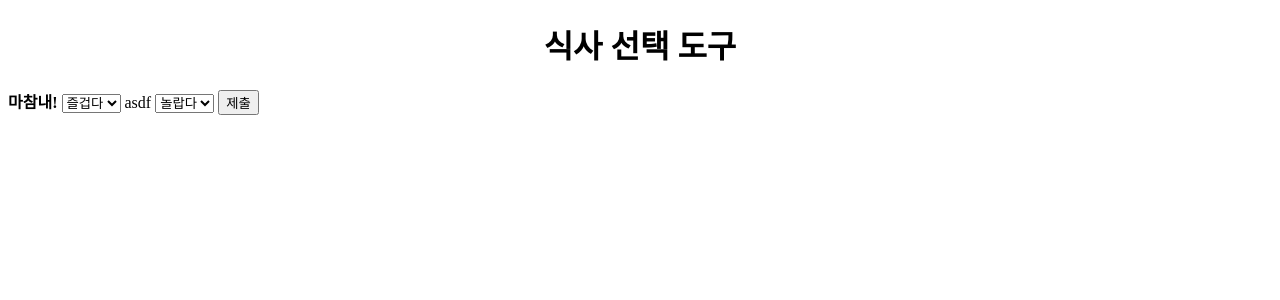
Repository: kimgh06/JavaWeb
Page: http://localhost/what/
An editor plug-in stored every save of this project. The page is shown before and after the next save, followed by the edit.
The browser window is 1280 px wide. The pictures show the whole page.
The page is served by Tomcat 9. Other server files are loaded and not shown.

Above is the page before, as saved 2022-11-03 02:25:00.

### what/src/main/webapp/index.jsp
<%@ page language="java" contentType="text/html; charset=EUC-KR"
    pageEncoding="EUC-KR"%>
<!DOCTYPE html>
<html>
<head>
<meta charset="EUC-KR">
<title>식사 선택 도구</title>
<link href ="./main.css" rel = "stylesheet" type = "text/css">
</head>
<body>
	<div id="main">
	<h1>식사 선택 도구</h1>
		<b>마참내!</b>
		<select>
			<option>즐겁다</option>
			<option>화난다</option>
			<option>기쁘다</option>
		</select>
		<label>asdf</label>
		<select>
			<option>놀랍다</option>
		</select>
		<button>제출</button>
	</div>
</body>
</html>

### what/src/main/webapp/main.css
@CHARSET "UTF-8";

#main{
	text-align: center;
	display: inline;
}

After the next save:
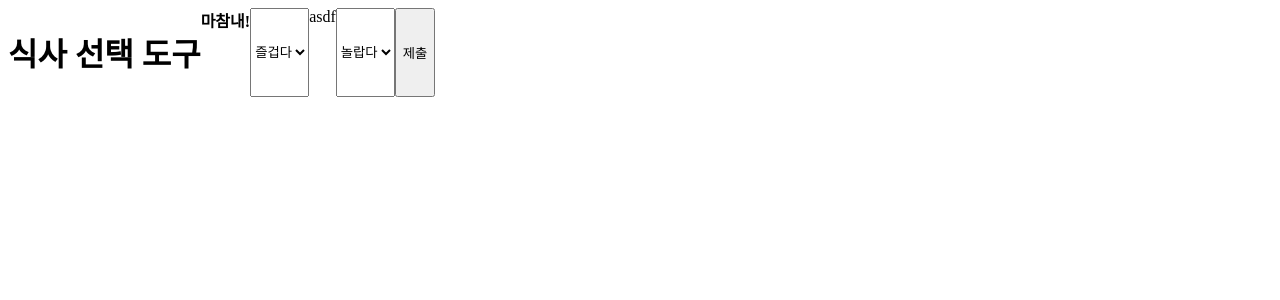
Saved 13 s later.
--- a/what/src/main/webapp/main.css
+++ b/what/src/main/webapp/main.css
@@ -2,5 +2,5 @@
 
 #main{
 	text-align: center;
-	display: inline;
+	display: flex;
 }
